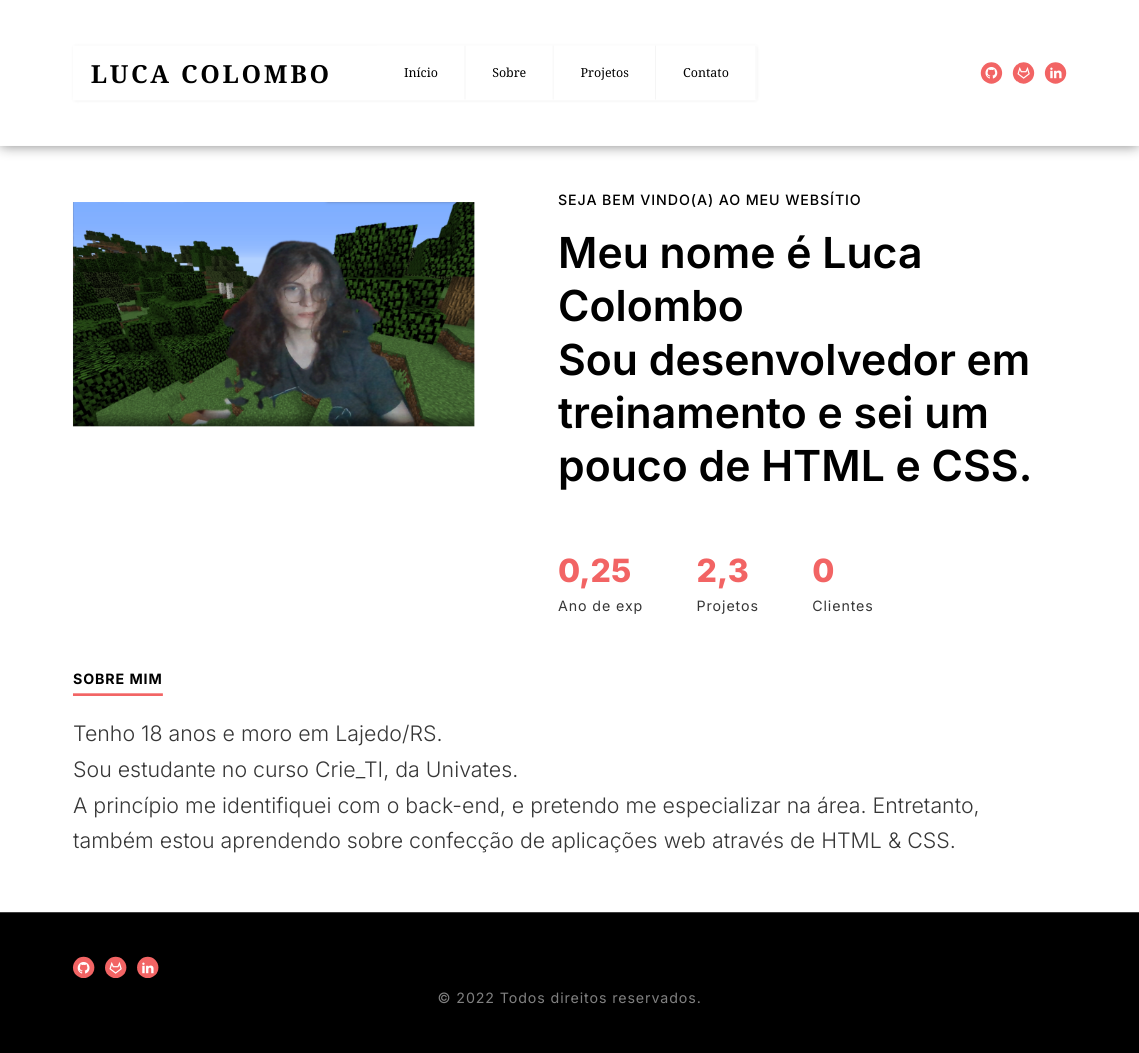
Repository: lxcxcxlxmb/portfolio
Page: index.html
These files come from the project's save history. The page is drawn as it stood at one moment and after the next save; the edit follows.
The browser window is 1280 px wide. The pictures show the whole page, at 89% of full size.

Above is the page before, as saved 2022-05-25 14:14:23.

After the next save:
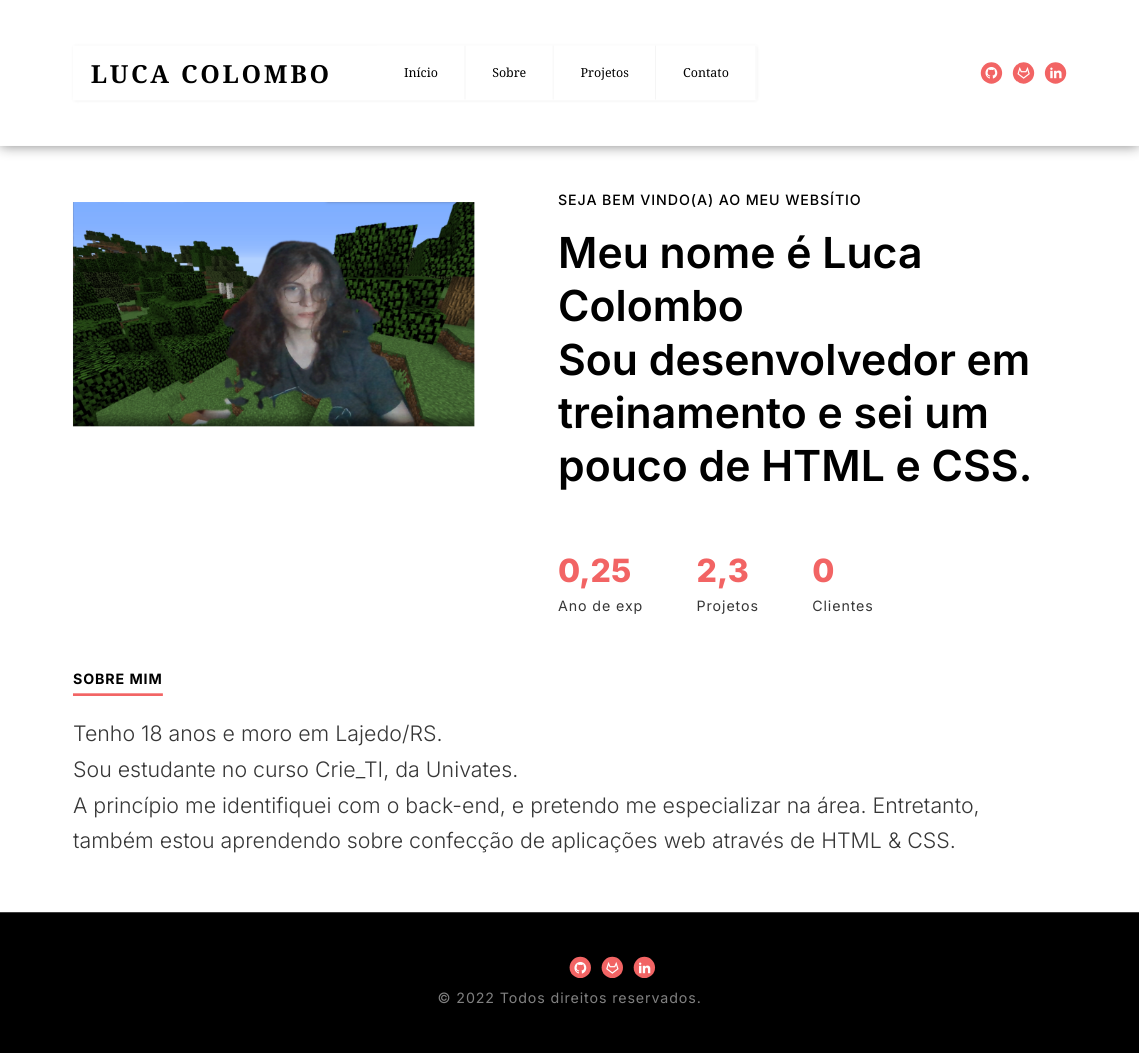
Saved 8 min 44 s later.
--- a/styles.css
+++ b/styles.css
@@ -708,6 +708,10 @@ span.ds-department {
 	margin-bottom: 40px;
 }
 
+.ds-footer ul {
+	padding-left: 50%;
+}
+
 .ds-copyright {
 	color: rgba(255, 255, 255, 0.5);
 	letter-spacing: 1px;
